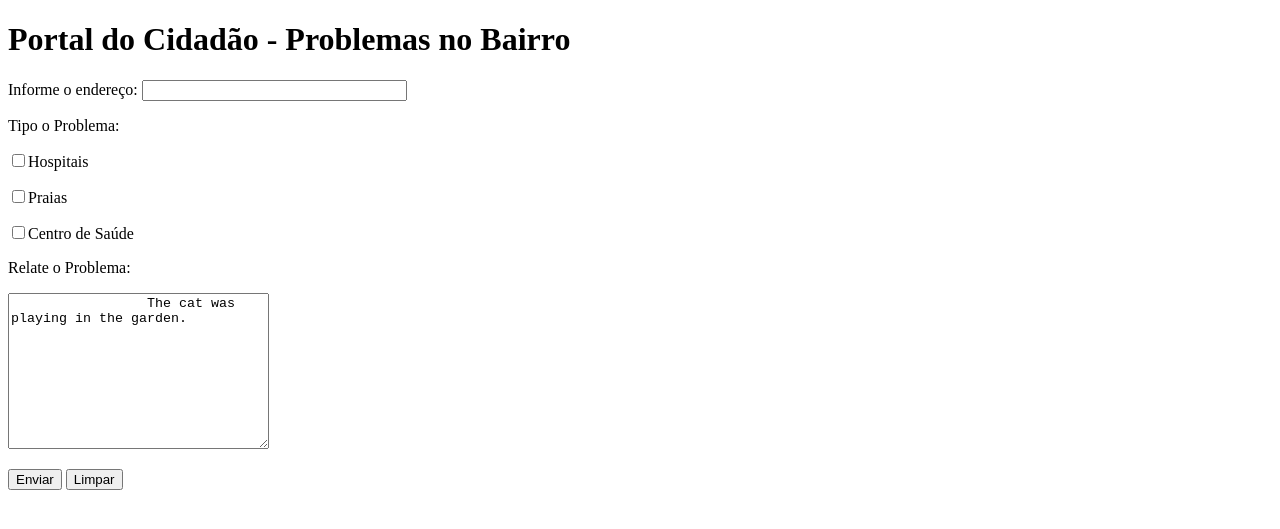
Repository: Marcelinalima/Java_JSP
Page: formulario_ex/src/main/webapp/reclamacoes.html
These files come from the project's save history. The page is drawn as it stood at one moment and after the next save; the edit follows.
The browser window is 1280 px wide. The pictures show the whole page.

Above is the page before, as saved 2023-04-17 14:29:17.

### formulario_ex/src/main/webapp/reclamacoes.html
<!DOCTYPE html>
<html>
<head>
<meta charset="UTF-8">
<title>Portal Cidadão</title>
</head>
<body>
    <h1>Portal do Cidadão - Problemas no Bairro</h1>

    <form action="/Formulario_ex/ReclamacoesServelet" method="post"></form>

      <p>Informe o endereço: <input type="text" name="p_nome" size="30" /></p>


		<p>Tipo o Problema:</p>
		<p><input type="checkbox" name="p_prob1" value="hospitais" />Hospitais</p>
		<p><input type="checkbox" name="p_prob2" value="praias" />Praias</p>
		<p><input type="checkbox" name="p_prob3" value="centro de saude" />Centro de Saúde</p>

		<p>Relate o Problema:</p>
		 <textarea name="message" rows="10" cols="30">
		 The cat was playing in the garden.</textarea>

		<p>
			<input type="submit" value="Enviar" />
			<input type="reset" value="Limpar" />
		</p>

</body>
</html>

After the next save:
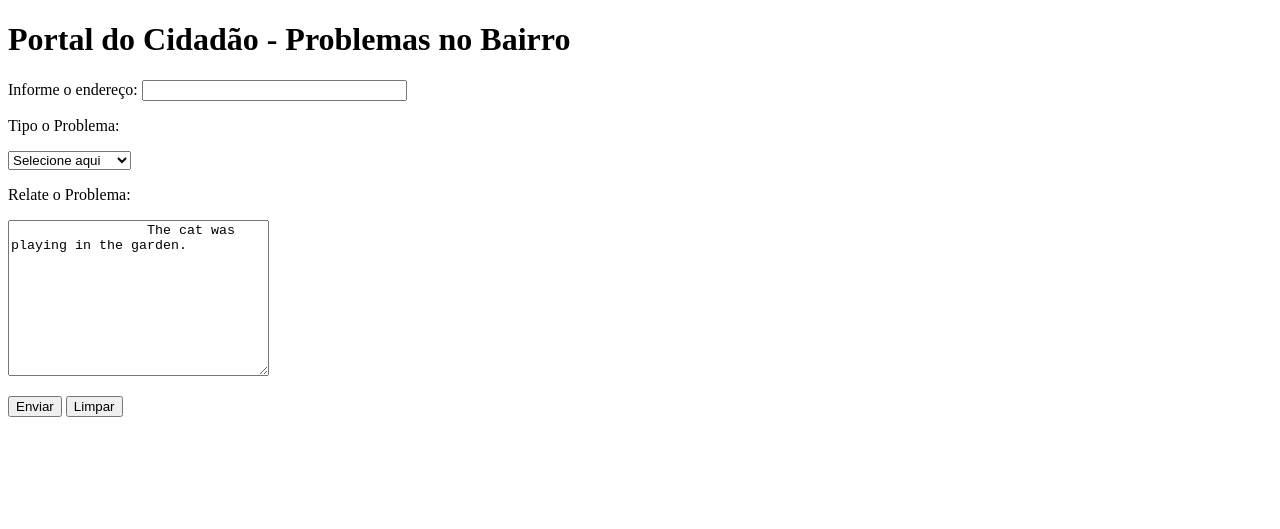
Saved 8 min 33 s later.
--- a/formulario_ex/src/main/webapp/reclamacoes.html
+++ b/formulario_ex/src/main/webapp/reclamacoes.html
@@ -13,18 +13,28 @@
 
 
 		<p>Tipo o Problema:</p>
-		<p><input type="checkbox" name="p_prob1" value="hospitais" />Hospitais</p>
-		<p><input type="checkbox" name="p_prob2" value="praias" />Praias</p>
-		<p><input type="checkbox" name="p_prob3" value="centro de saude" />Centro de Saúde</p>
+		<select name="p_estadoCivil">
+		<option selected="selected" disabled>Selecione aqui</option>
+		<option value="hospitais"> Hospitais</option>
+		<option value="centro de saude">Centro de Saúde</option>
+		<option value="praias">Praias</option>
+	    </select>
 
 		<p>Relate o Problema:</p>
 		 <textarea name="message" rows="10" cols="30">
 		 The cat was playing in the garden.</textarea>
+
 
 		<p>
 			<input type="submit" value="Enviar" />
 			<input type="reset" value="Limpar" />
 		</p>
 
+
+
+
+
+		</select>
+
 </body>
 </html>
